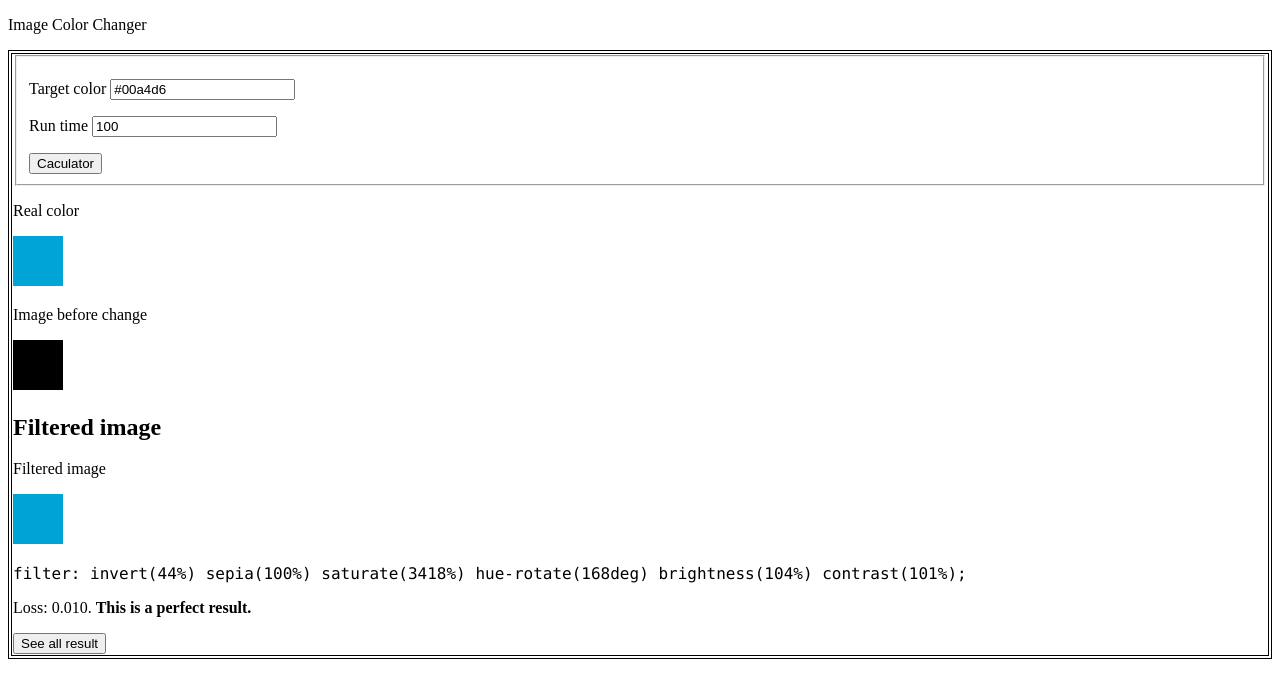
Repository: Kevilstark/image-color-changer
Page: index.html
An editor plug-in stored every save of this project. The page is shown before and after a run of saves, followed by the edit.
The browser window is 1280 px wide. The pictures show the whole page.
After loading, the first visible `button.execute` was clicked once.
Some web libraries are served in a nearby version.

Above is the page before, as saved 2022-06-07 13:48:24.

### index.html
<!DOCTYPE html>
<html lang="vi">
    <head>
        <meta charset= "UTF-8">
        <meta name="viewport" content="width=device-width, initial-scale-1.0">
        <script src="https://ajax.googleapis.com/ajax/libs/jquery/2.1.1/jquery.min.js"></script>
        <script src="script.js"></script>
        <link rel="stylesheet" href="style.css">
    </head>
    <body>
        <p>Image Color Changer</p>
        <table>
            <tr valign="top">
                <td width="50%">
                    <fieldset>
                        <p>
                            <label>Target color</label> <input class="target" type="text" placeholder="target hex" value="#00a4d6"/>
                        </p>
                        <p>
                            <label>Run time</label> <input class="time-tried" type="number" placeholder="run time" value="100"/>
                      </p>
                        <button class="execute">Caculator</button>
                    </fieldset>
                    <p>Real color</p>
                    <div class="pixel realPixel"></div>
                    <p>Image before change</p>
                    <div class="pixel realImg"></div>
                    <div id="final-result"></div>


                </td>
            </tr>
        </table>
    </body>
</html>

### script.js
'use strict';

class Color {
  constructor(r, g, b) {
    this.set(r, g, b);
  }

  toString() {
    return `rgb(${Math.round(this.r)}, ${Math.round(this.g)}, ${Math.round(this.b)})`;
  }

  set(r, g, b) {
    this.r = this.clamp(r);
    this.g = this.clamp(g);
    this.b = this.clamp(b);
  }

  hueRotate(angle = 0) {
    angle = angle / 180 * Math.PI;
    const sin = Math.sin(angle);
    const cos = Math.cos(angle);

    this.multiply([
      0.213 + cos * 0.787 - sin * 0.213,
      0.715 - cos * 0.715 - sin * 0.715,
      0.072 - cos * 0.072 + sin * 0.928,
      0.213 - cos * 0.213 + sin * 0.143,
      0.715 + cos * 0.285 + sin * 0.140,
      0.072 - cos * 0.072 - sin * 0.283,
      0.213 - cos * 0.213 - sin * 0.787,
      0.715 - cos * 0.715 + sin * 0.715,
      0.072 + cos * 0.928 + sin * 0.072,
    ]);
  }

  grayscale(value = 1) {
    this.multiply([
      0.2126 + 0.7874 * (1 - value),
      0.7152 - 0.7152 * (1 - value),
      0.0722 - 0.0722 * (1 - value),
      0.2126 - 0.2126 * (1 - value),
      0.7152 + 0.2848 * (1 - value),
      0.0722 - 0.0722 * (1 - value),
      0.2126 - 0.2126 * (1 - value),
      0.7152 - 0.7152 * (1 - value),
      0.0722 + 0.9278 * (1 - value),
    ]);
  }

  sepia(value = 1) {
    this.multiply([
      0.393 + 0.607 * (1 - value),
      0.769 - 0.769 * (1 - value),
      0.189 - 0.189 * (1 - value),
      0.349 - 0.349 * (1 - value),
      0.686 + 0.314 * (1 - value),
      0.168 - 0.168 * (1 - value),
      0.272 - 0.272 * (1 - value),
      0.534 - 0.534 * (1 - value),
      0.131 + 0.869 * (1 - value),
    ]);
  }

  saturate(value = 1) {
    this.multiply([
      0.213 + 0.787 * value,
      0.715 - 0.715 * value,
      0.072 - 0.072 * value,
      0.213 - 0.213 * value,
      0.715 + 0.285 * value,
      0.072 - 0.072 * value,
      0.213 - 0.213 * value,
      0.715 - 0.715 * value,
      0.072 + 0.928 * value,
    ]);
  }

  multiply(matrix) {
    const newR = this.clamp(this.r * matrix[0] + this.g * matrix[1] + this.b * matrix[2]);
    const newG = this.clamp(this.r * matrix[3] + this.g * matrix[4] + this.b * matrix[5]);
    const newB = this.clamp(this.r * matrix[6] + this.g * matrix[7] + this.b * matrix[8]);
    this.r = newR;
    this.g = newG;
    this.b = newB;
  }

  brightness(value = 1) {
    this.linear(value);
  }
  contrast(value = 1) {
    this.linear(value, -(0.5 * value) + 0.5);
  }

  linear(slope = 1, intercept = 0) {
    this.r = this.clamp(this.r * slope + intercept * 255);
    this.g = this.clamp(this.g * slope + intercept * 255);
    this.b = this.clamp(this.b * slope + intercept * 255);
  }

  invert(value = 1) {
    this.r = this.clamp((value + this.r / 255 * (1 - 2 * value)) * 255);
    this.g = this.clamp((value + this.g / 255 * (1 - 2 * value)) * 255);
    this.b = this.clamp((value + this.b / 255 * (1 - 2 * value)) * 255);
  }

  hsl() {
    // Code taken from https://stackoverflow.com/a/9493060/2688027, licensed under CC BY-SA.
    const r = this.r / 255;
    const g = this.g / 255;
    const b = this.b / 255;
    const max = Math.max(r, g, b);
    const min = Math.min(r, g, b);
    let h, s, l = (max + min) / 2;

    if (max === min) {
      h = s = 0;
    } else {
      const d = max - min;
      s = l > 0.5 ? d / (2 - max - min) : d / (max + min);
      switch (max) {
        case r:
          h = (g - b) / d + (g < b ? 6 : 0);
          break;

        case g:
          h = (b - r) / d + 2;
          break;

        case b:
          h = (r - g) / d + 4;
          break;
      }
      h /= 6;
    }

    return {
      h: h * 100,
      s: s * 100,
      l: l * 100,
    };
  }

  clamp(value) {
    if (value > 255) {
      value = 255;
    } else if (value < 0) {
      value = 0;
    }
    return value;
  }
}

class Solver {
  constructor(target, baseColor) {
    this.target = target;
    this.targetHSL = target.hsl();
    this.reusedColor = new Color(0, 0, 0);
  }

  solve() {
    const result = this.solveNarrow(this.solveWide());
    return {
      values: result.values,
      loss: result.loss,
      filter: this.css(result.values),
    };
  }

  solveWide() {
    const A = 5;
    const c = 15;
    const a = [60, 180, 18000, 600, 1.2, 1.2];

    let best = { loss: Infinity };
    for (let i = 0; best.loss > 25 && i < 3; i++) {
      const initial = [50, 20, 3750, 50, 100, 100];
      const result = this.spsa(A, a, c, initial, 1000);
      if (result.loss < best.loss) {
        best = result;
      }
    }
    return best;
  }

  solveNarrow(wide) {
    const A = wide.loss;
    const c = 2;
    const A1 = A + 1;
    const a = [0.25 * A1, 0.25 * A1, A1, 0.25 * A1, 0.2 * A1, 0.2 * A1];
    return this.spsa(A, a, c, wide.values, 500);
  }

  spsa(A, a, c, values, iters) {
    const alpha = 1;
    const gamma = 0.16666666666666666;

    let best = null;
    let bestLoss = Infinity;
    const deltas = new Array(6);
    const highArgs = new Array(6);
    const lowArgs = new Array(6);

    for (let k = 0; k < iters; k++) {
      const ck = c / Math.pow(k + 1, gamma);
      for (let i = 0; i < 6; i++) {
        deltas[i] = Math.random() > 0.5 ? 1 : -1;
        highArgs[i] = values[i] + ck * deltas[i];
        lowArgs[i] = values[i] - ck * deltas[i];
      }

      const lossDiff = this.loss(highArgs) - this.loss(lowArgs);
      for (let i = 0; i < 6; i++) {
        const g = lossDiff / (2 * ck) * deltas[i];
        const ak = a[i] / Math.pow(A + k + 1, alpha);
        values[i] = fix(values[i] - ak * g, i);
      }

      const loss = this.loss(values);
      if (loss < bestLoss) {
        best = values.slice(0);
        bestLoss = loss;
      }
    }
    return { values: best, loss: bestLoss };

    function fix(value, idx) {
      let max = 100;
      if (idx === 2 /* saturate */) {
        max = 7500;
      } else if (idx === 4 /* brightness */ || idx === 5 /* contrast */) {
        max = 200;
      }

      if (idx === 3 /* hue-rotate */) {
        if (value > max) {
          value %= max;
        } else if (value < 0) {
          value = max + value % max;
        }
      } else if (value < 0) {
        value = 0;
      } else if (value > max) {
        value = max;
      }
      return value;
    }
  }

  loss(filters) {
    // Argument is array of percentages.
    const color = this.reusedColor;
    color.set(0, 0, 0);

    color.invert(filters[0] / 100);
    color.sepia(filters[1] / 100);
    color.saturate(filters[2] / 100);
    color.hueRotate(filters[3] * 3.6);
    color.brightness(filters[4] / 100);
    color.contrast(filters[5] / 100);

    const colorHSL = color.hsl();
    return (
      Math.abs(color.r - this.target.r) +
      Math.abs(color.g - this.target.g) +
      Math.abs(color.b - this.target.b) +
      Math.abs(colorHSL.h - this.targetHSL.h) +
      Math.abs(colorHSL.s - this.targetHSL.s) +
      Math.abs(colorHSL.l - this.targetHSL.l)
    );
  }

  css(filters) {
    function fmt(idx, multiplier = 1) {
      return Math.round(filters[idx] * multiplier);
    }
    return `filter: invert(${fmt(0)}%) sepia(${fmt(1)}%) saturate(${fmt(2)}%) hue-rotate(${fmt(3, 3.6)}deg) brightness(${fmt(4)}%) contrast(${fmt(5)}%);`;
  }
}

function hexToRgb(hex) {
  // Expand shorthand form (e.g. "03F") to full form (e.g. "0033FF")
  const shorthandRegex = /^#?([a-f\d])([a-f\d])([a-f\d])$/i;
  hex = hex.replace(shorthandRegex, (m, r, g, b) => {
    return r + r + g + g + b + b;
  });

  const result = /^#?([a-f\d]{2})([a-f\d]{2})([a-f\d]{2})$/i.exec(hex);
  return result
    ? [
      parseInt(result[1], 16),
      parseInt(result[2], 16),
      parseInt(result[3], 16),
    ]
    : null;
}

$(document).ready(() => {
  $('button.execute').click(() => {
    const rgb = hexToRgb($('input.target').val());
    const triedtime = $('input.time-tried').val();
    if (rgb.length !== 3) {
      alert('Invalid format!');
      return;
    }

    const color = new Color(rgb[0], rgb[1], rgb[2]);
    const solver = new Solver(color);
    var result = solver.solve();
    var min = result.loss;
    // <h2>Best result</h2>



    const elementAdd = document.getElementById("final-result");
    $("#final-result").empty();

    let resultTitle = document.createElement("h2");
    let resultTitleVal = document.createTextNode('Filtered image');
    resultTitle.appendChild(resultTitleVal);
    elementAdd.appendChild(resultTitle);

    let resultImgTitle = document.createElement("p");
    let resultImgTitleVal = document.createTextNode('Filtered image');
    resultImgTitle.appendChild(resultImgTitleVal);
    elementAdd.appendChild(resultImgTitle);

    let resultImg = document.createElement("div");
    resultImg.setAttribute('class', 'pixel filterPixel')
    elementAdd.appendChild(resultImg);

    let resultCss = document.createElement("p");
    resultCss.setAttribute('class', 'filterDetail')
    elementAdd.appendChild(resultCss);

    let resultLoss = document.createElement("p");
    resultLoss.setAttribute('class', 'lossDetail')
    elementAdd.appendChild(resultLoss);

    let para = document.createElement("button");
    para.setAttribute('id', 'clickResult')
    let node = document.createTextNode("See all result");
    para.appendChild(node);
    elementAdd.appendChild(para);

    let resultTable = document.createElement('table');
    resultTable.setAttribute('id', 'all-result')
    elementAdd.appendChild(resultTable);

    let td0 = document.createElement('td');
    resultTable.appendChild(td0);

    let td1 = document.createElement('td');
    resultTable.appendChild(td1);

    let td2 = document.createElement('td');
    resultTable.appendChild(td2);

    let col0 = document.createTextNode('runtime');
    td0.appendChild(col0);

    let col1 = document.createTextNode('css');
    td1.appendChild(col1);

    let col2 = document.createTextNode('loss');
    td2.appendChild(col2);

    var table = document.getElementById("all-result");
    for(var i=0;i<triedtime;i++) {
        var resultChange = solver.solve();
        var row = table.insertRow(i);
        var cell0 = row.insertCell(0);
        var cell1 = row.insertCell(1);
        var cell2 = row.insertCell(2);
        cell0.innerHTML = i+1;
        cell1.innerHTML = resultChange.filter;
        cell2.innerHTML = resultChange.loss.toFixed(3);

        if(resultChange.loss < min){
          min = resultChange.loss;
          result = resultChange;
        }

    }


    let lossMsg;
    if (result.loss < 1) {
      lossMsg = 'This is a perfect result.';
    } else if (result.loss < 5) {
      lossMsg = 'The is close enough.';
    } else if (result.loss < 15) {
      lossMsg = 'The color is somewhat off. Consider running it again.';
    } else {
      lossMsg = 'The color is extremely off. Run it again!';
    }

    $('.realPixel').css('background-color', color.toString());
    $('.filterPixel').attr('style', result.filter);
    $('.filterDetail').text(result.filter);
    $('.lossDetail').html(`Loss: ${result.loss.toFixed(3)}. <b>${lossMsg}</b>`);
    $("#all-result").hide();
    $('#clickResult').click(() => {
      if ($("#all-result").is(":hidden"))
        $("#all-result").show();
        else $("#all-result").hide();
    });

  });


});

### style.css
.pixel {
  display: inline-block;
  background-color: #000;
  width: 50px;
  height: 50px;
}

.filterDetail {
  font-family: "Consolas", "Menlo", "Ubuntu Mono", monospace;
}

table, td {
  border: 1px solid black;
}

After the next 2 saves:
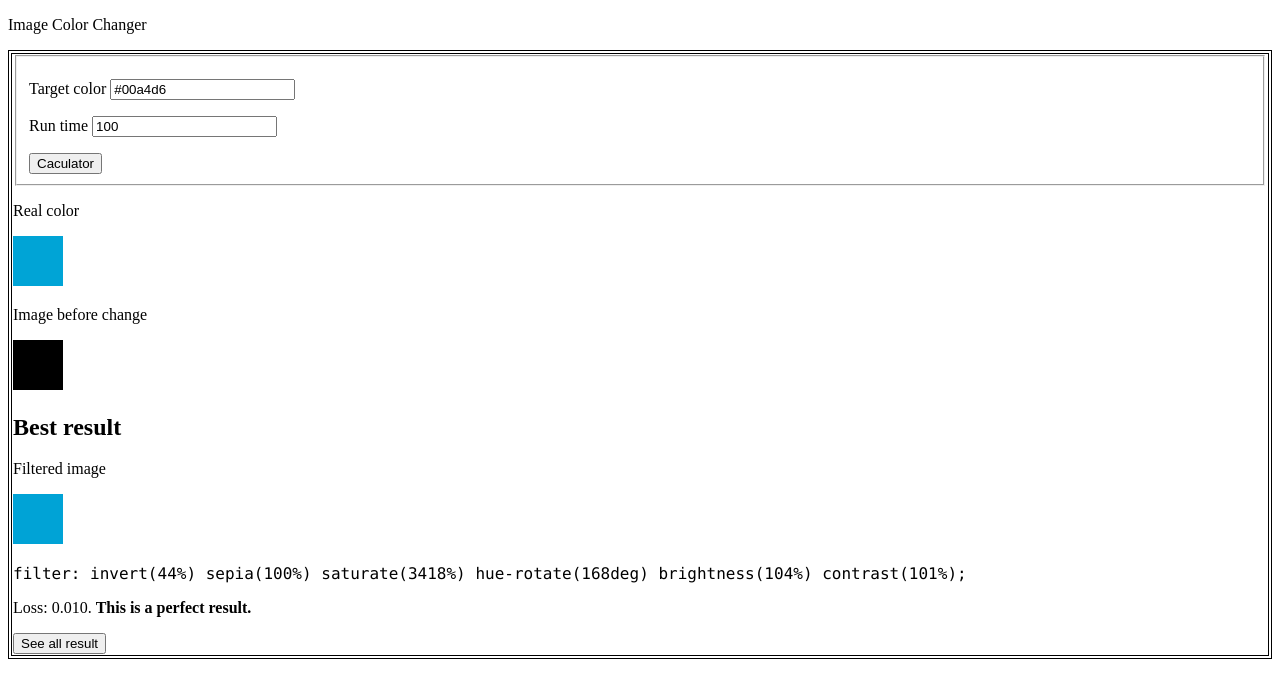
The 2 saves are shown as one change because they came seconds apart.
The last was saved 23 s later.
--- a/script.js
+++ b/script.js
@@ -315,7 +315,7 @@ $(document).ready(() => {
     $("#final-result").empty();
 
     let resultTitle = document.createElement("h2");
-    let resultTitleVal = document.createTextNode('Filtered image');
+    let resultTitleVal = document.createTextNode('Best result');
     resultTitle.appendChild(resultTitleVal);
     elementAdd.appendChild(resultTitle);
 
